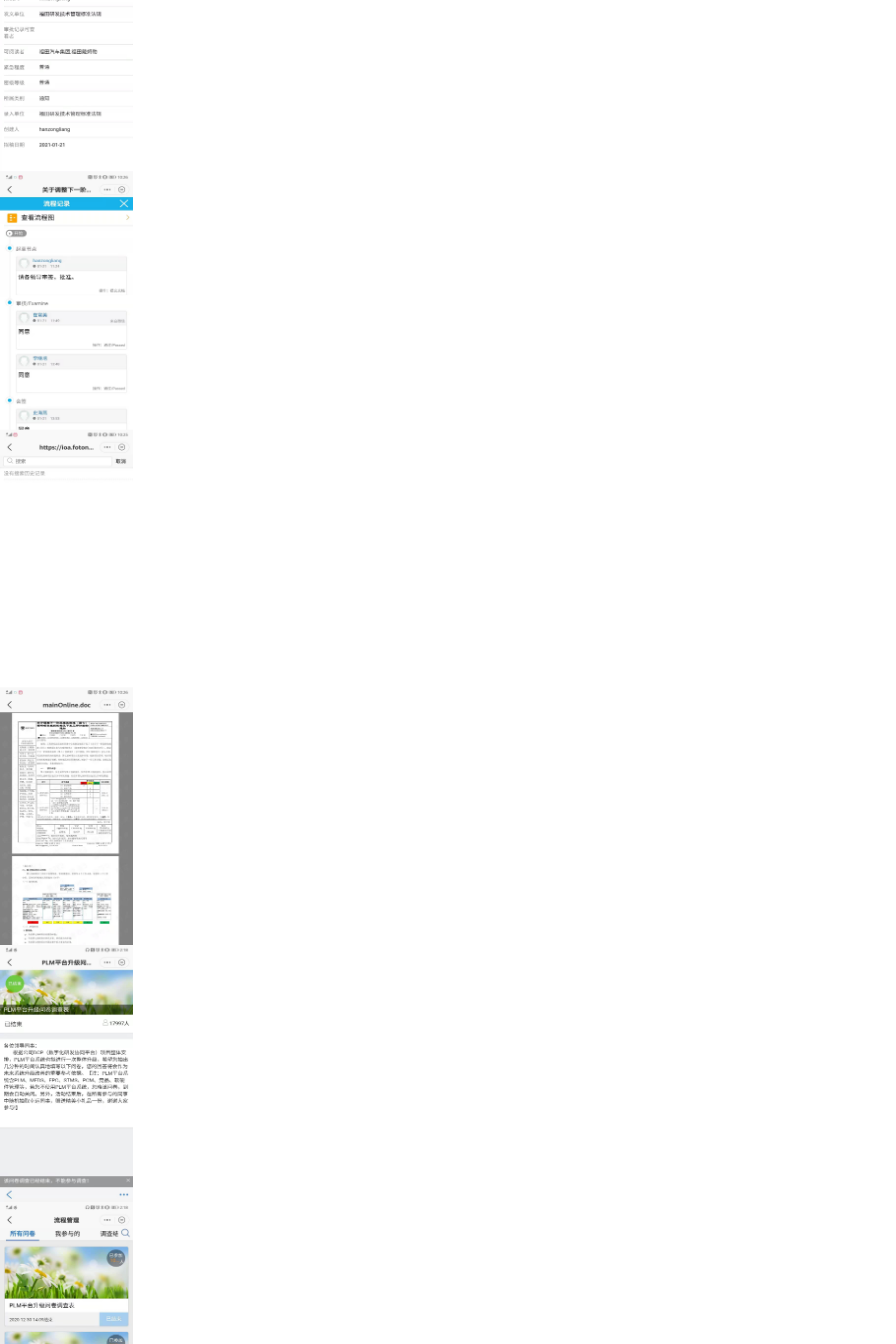
Repository: ch230/2021
Page: A.html
The author's editor kept a copy of each file at every save. The page is drawn from the files as they stood at one save, then again after the next save.
The browser window is 1280 px wide. The pictures show the part of the page from y = 2010 to 3930 px (the page is 11460 px tall before and 11508 px after), at 70% of full size.

Above is the page before, as saved 2021-02-15 14:37:25.

After the next save:
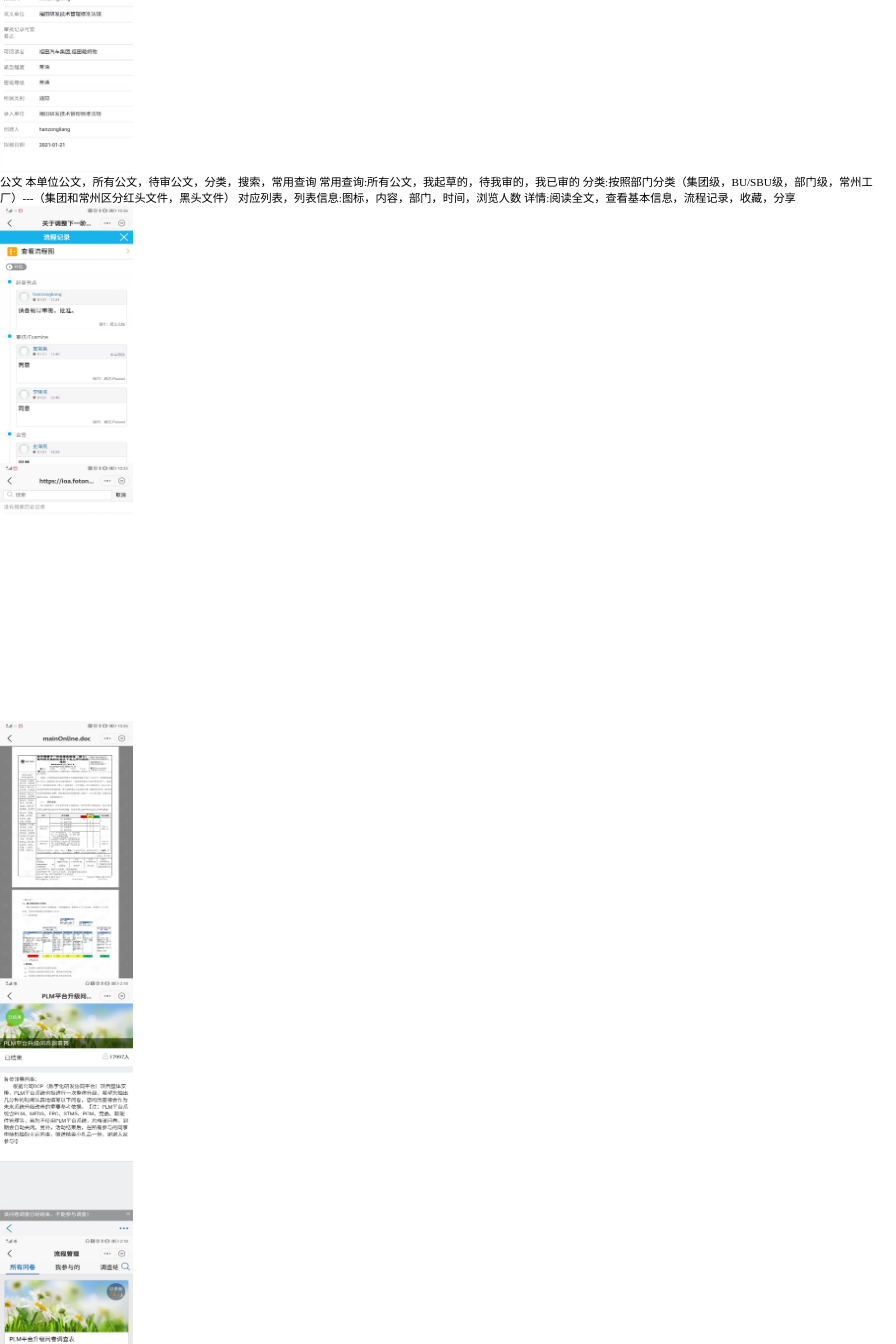
Saved 14 s later.
--- a/A.html
+++ b/A.html
@@ -64,12 +64,11 @@
       <!-- 公文 -->
       <div id="items">
         <div>
-          <!--公文-->
-          <!-- 本单位公文，所有公文，待审公文，分类，搜索，常用查询 -->
-          <!-- 常用查询:所有公文，我起草的，待我审的，我已审的 -->
-          <!-- 分类:按照部门分类（集团级，BU/SBU级，部门级，常州工厂）---（集团和常州区分红头文件，黑头文件） -->
-          <!-- 对应列表，列表信息:图标，内容，部门，时间，浏览人数 -->
-          <!-- 详情:阅读全文，查看基本信息，流程记录，收藏，分享 -->
+          公文 本单位公文，所有公文，待审公文，分类，搜索，常用查询
+          常用查询:所有公文，我起草的，待我审的，我已审的
+          分类:按照部门分类（集团级，BU/SBU级，部门级，常州工厂）---（集团和常州区分红头文件，黑头文件）
+          对应列表，列表信息:图标，内容，部门，时间，浏览人数
+          详情:阅读全文，查看基本信息，流程记录，收藏，分享
         </div>
         <ul>
           <li>
